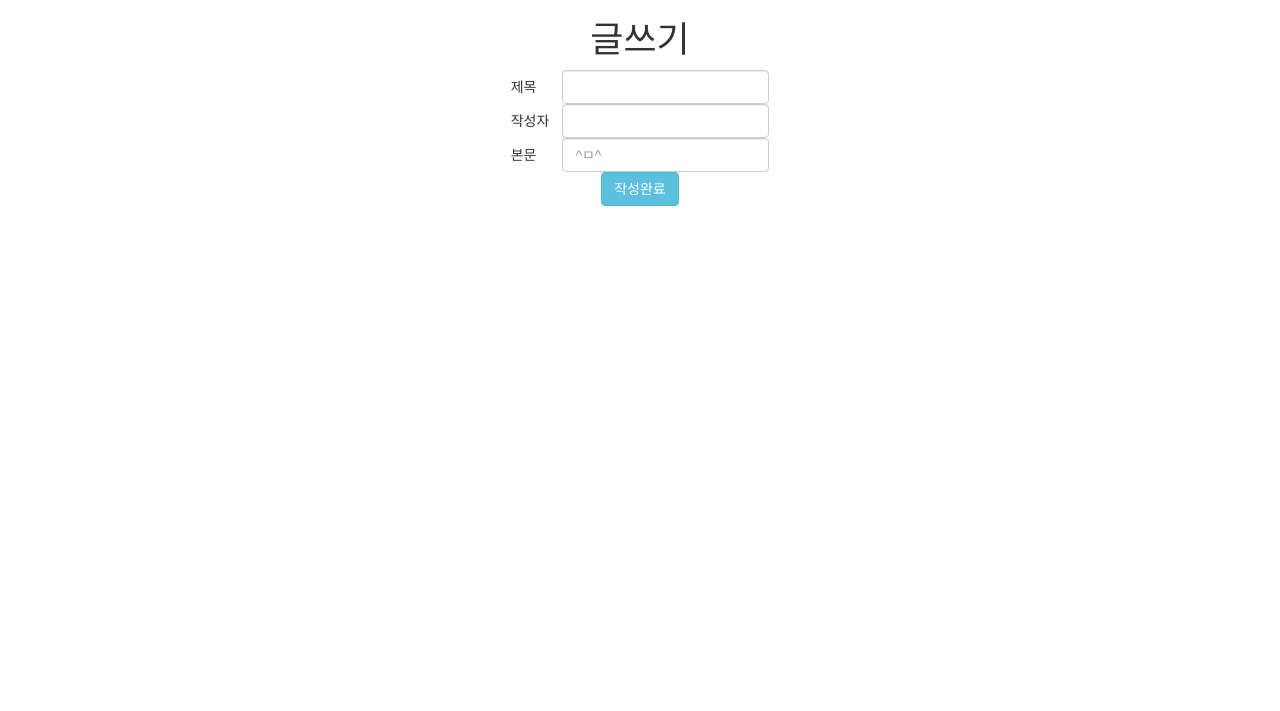
Repository: juhee1020/studying
Page: http://localhost/jsp_board/boardinsertForm.jsp
The author's editor kept a copy of each file at every save. The page is drawn from the files as they stood at one save, then again after the next save.
The browser window is 1280 px wide. The pictures show the whole page.
The page is served by Tomcat 9.

Above is the page before, as saved 2022-12-15 08:12:29.

After the next save:
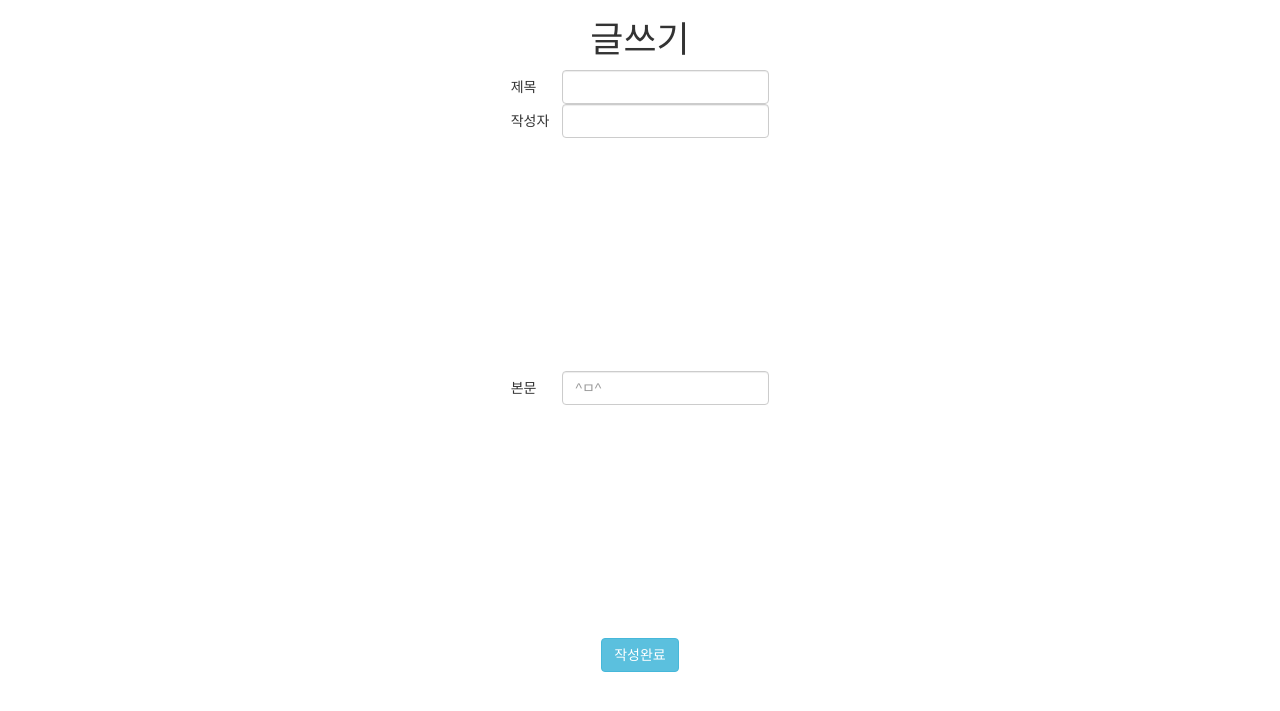
Saved 63 s later.
--- a/JSP/jsp_board/WebContent/boardinsertForm.jsp
+++ b/JSP/jsp_board/WebContent/boardinsertForm.jsp
@@ -22,9 +22,9 @@
 					<td>작성자</td>
 					<td><input type="text" name="writer" class="form-control"></td>
 				</tr>
-				<tr>
-					<td>본문</td>
-					<td><input type="text" name="content" class="form-control" placeholder="^ㅁ^" height="500px"></td>
+				<tr height="500px">
+					<td height="500px">본문</td>
+					<td height="500px"><input type="text" name="content" class="form-control" placeholder="^ㅁ^" height="500px"></td>
 				</tr>
 			</table>
 			<input type="submit" class="btn btn-info mt-sm-2" value="작성완료"/>

After the 3 saves that followed:
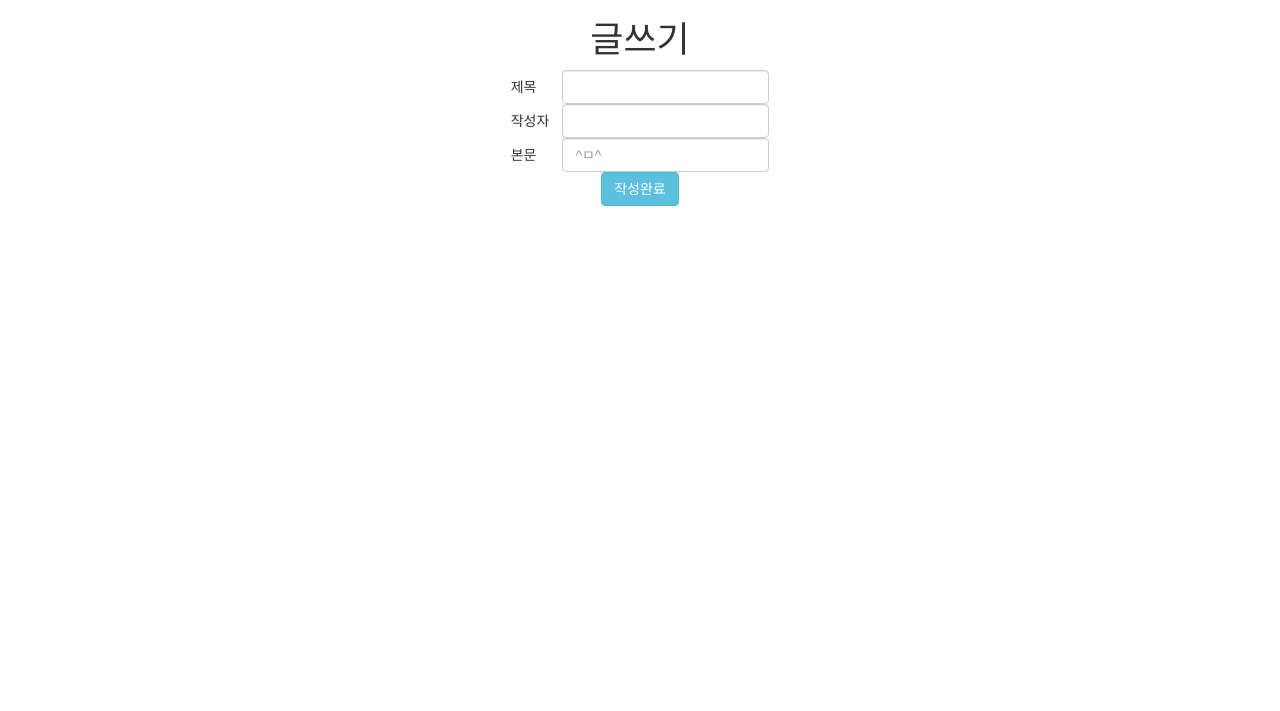
The 3 saves are shown as one change because 2 left the picture as it was.
The last was saved 27 s later.
--- a/JSP/jsp_board/WebContent/boardinsertForm.jsp
+++ b/JSP/jsp_board/WebContent/boardinsertForm.jsp
@@ -22,9 +22,9 @@
 					<td>작성자</td>
 					<td><input type="text" name="writer" class="form-control"></td>
 				</tr>
-				<tr height="500px">
-					<td height="500px">본문</td>
-					<td height="500px"><input type="text" name="content" class="form-control" placeholder="^ㅁ^" height="500px"></td>
+				<tr>
+					<td>본문</td>
+					<td><input type="text" name="content" class="form-control" placeholder="^ㅁ^" height="500px"></td>
 				</tr>
 			</table>
 			<input type="submit" class="btn btn-info mt-sm-2" value="작성완료"/>
